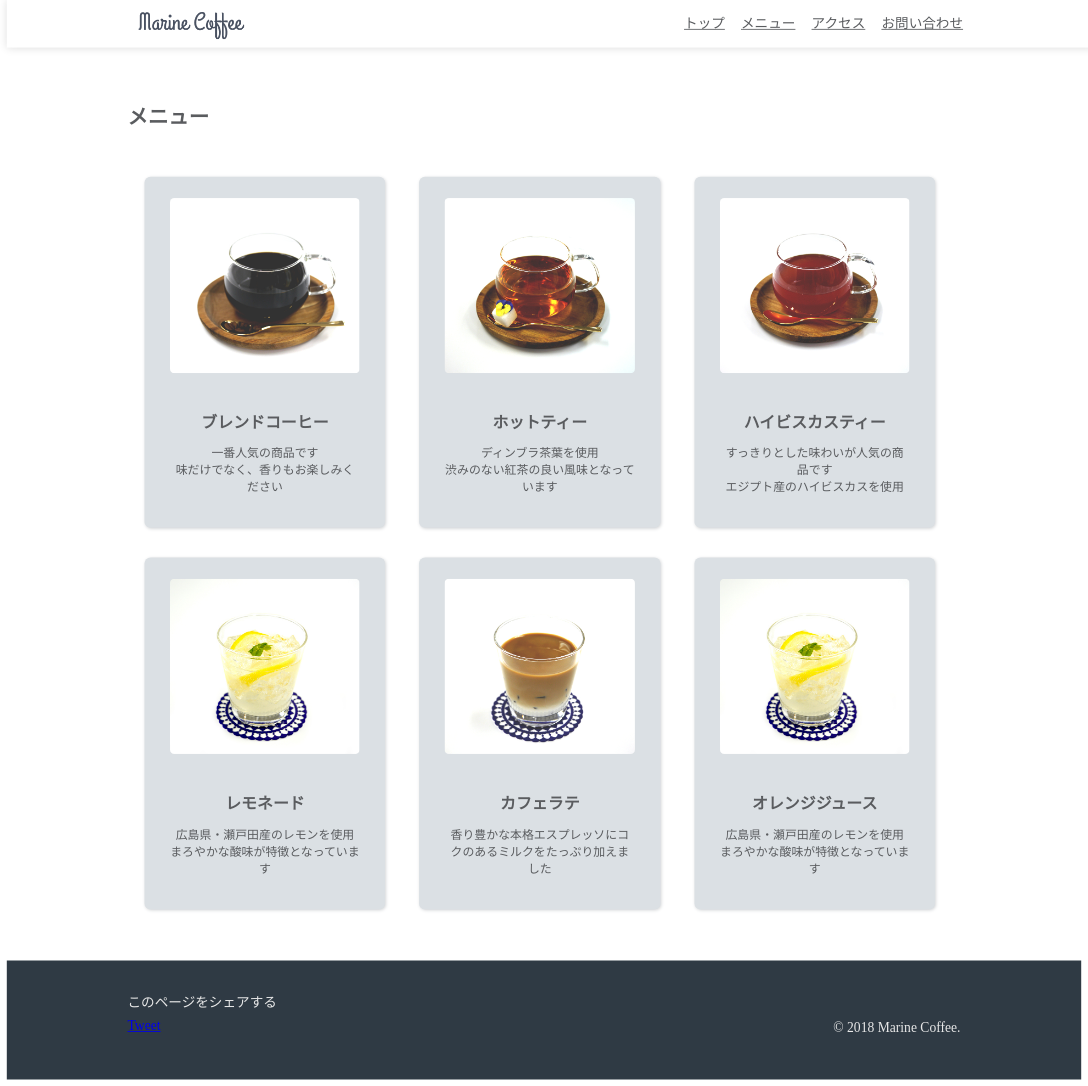
Repository: Kazuya888/samurai_HTML-CSS
Page: marine_coffee/menu.html
The author's editor kept a record of every edit. The page is drawn from the files as they stood at one moment, then again after the next edit.
The browser window is 1280 px wide. The pictures show the whole page, at 85% of full size.

Above is the page before.

### marine_coffee/menu.html
<!DOCTYPE html>
<html>
    <head>
        <meta charset="utf-8">
        <title>Marine Coffee</title>
        <link rel="stylesheet" href="common.css">
        <link rel="stylesheet" href="menu.css">
    </head>
    <body>
<!----------ヘッダー---------------->
          <div class="header">
             <div class="container">
         <div class="header-left">
          <img class="header-logo" src="images/logo.png"
    alt="Marine Coffee"> </div>
 <div class="header-right">
    <a href="index1.html">トップ</a>
    <a href="menu.html">メニュー</a>
    <a href="access.html">アクセス</a>
    <a href="contact.html">お問い合わせ</a>
       </div>
         </div>
 <div class="clear"></div>
     </div>
</div>
<!------------メニュー------------------>
<div class="menu">
    <div class='container'>
        <h2>メニュー</h2>
        <div class="menu-card-wrapper">
 <!----------ブレンドコーヒー----------->
            <div class="menu-card">
                <div class= "menu-card-inner">
                    <img class="menu-image" src="images/blend-coffee.jpg"
                    alt="ブレンドコーヒー">
                    <h3 class="menu-title">ブレンドコーヒー</h3>
                    <p class="menu-text">
                    一番人気の商品です
                    <br>
                    味だけでなく、香りもお楽しみください
                    </p>
                </div>
            </div>
<!----------ホットティー------------>
             <div class="menu-card">
                <div class= "menu-card-inner">
                    <img class="menu-image" src="images/hot-tea.jpg"
                    alt="ホットティー">
                    <h3 class="menu-title">ホットティー</h3>
                    <p class="menu-text">
                   ディンブラ茶葉を使用
                    <br>
                    渋みのない紅茶の良い風味となっています
                    </p>
                </div>
            </div>
<!----------ハイビスカスティー------->
             <div class="menu-card">
                <div class= "menu-card-inner">
                    <img class="menu-image" src="images/hibiscus-tea.jpg"
                    alt="ハイビスカスティー">
                    <h3 class="menu-title">ハイビスカスティー</h3>
                    <p class="menu-text">
                    すっきりとした味わいが人気の商品です
                    <br>
                    エジプト産のハイビスカスを使用
                    </p>
                </div>
            </div>
<!----------レモネード--------------->
            <div class="menu-card">
                <div class= "menu-card-inner">
                    <img class="menu-image" src="images/lemonade.jpg"
                    alt="レモネード">
                    <h3 class="menu-title">レモネード</h3>
                    <p class="menu-text">
                    広島県・瀬戸田産のレモンを使用
                    <br>
                    まろやかな酸味が特徴となっています
                    </p>
                </div>
            </div>
<!----------カフェラテ-------------->
            <div class="menu-card">
                <div class= "menu-card-inner">
                    <img class="menu-image" src="images/caffelatte.jpg"
                    alt="カフェラテ">
                    <h3 class="menu-title">カフェラテ</h3>
                    <p class="menu-text">
                    香り豊かな本格エスプレッソにコクのあるミルクをたっぷり加えました
                    </p>
                </div>
            </div>
<!---------オレンジジュース--------->
             <div class="menu-card">
                <div class= "menu-card-inner">
                    <img class="menu-image" src="images/lemonade.jpg"
                    alt="オレンジジュース">
                    <h3 class="menu-title">オレンジジュース</h3>
                    <p class="menu-text">
                    広島県・瀬戸田産のレモンを使用
                    <br>
                    まろやかな酸味が特徴となっています
                    </p>
                </div>
            </div>
        </div>
    </div>
</div>

<!--------- フッター---------------->
 <div class="footer">
        <div class="container">
            <div class="footer-left">
                <p>このページをシェアする</p>
               <a href="https://twitter.com/share?ref_src=twsrc%5Etfw"
               class="twitter-share-button"
               data-text="Marine Coffee" data-show-count="false">Tweet</a><script async src="https://platform.twitter.com/widgets.js"
               charset="utf-8"></script>
            </div>
            <div class="footer-right">
                &copy; 2018 Marine Coffee.
            </div>
            <div class="clear"></div>
        </div>
    </div>
    </body>
</html>

### marine_coffee/common.css
@charset "utf-8";
.container {
    max-width: 980px;
    padding: 0 30px;
    margin-left: auto;
    margin-right: auto;
}
.header {
    height: 56px;
    width: 100%;
    box-shadow: 0 0 10px #dddddd;
    background-color: white;
    position: fixed;
    top: 0 ;
}
.header-left{
    float: left;
}
.header-right{
    float: right;
}
.clear{
    clear: both;
}
.header-logo{
    height: 40px;
    margin-top: 8px;
}
.header-right a{
    line-height: 56px;
    color: #5a5c5f;
    margin-left: 5px;
    font-size: 16px;
    padding:16px 5px;
}
.header-right a:hover{
    background-color: #e2f1ff;
    transition: background-color 0.5s;
}
.footer{
    height: 120px;
    background-color: #2f3a44;
    color: #e8e8e8;
    padding-top:20px;
}
.footer-left{
    float: left;
}
.footer-right{
    float: right;
    padding-top: 50px;
}
.footer-left p{
    margin-bottom:8px;
}

### marine_coffee/menu.css
@charset "utf-8";
.menu{
    padding: 90px 0 60px;
    color: #5a5c5f;
}
.menu-card{
    width: 33%;
    margin-top: 35px;
}
.menu-card-inner{
    padding:25px 30px;
    background-color: #dbe0e4;
    border-radius: 7px;
    box-shadow: 1px 1px 4px #d2d4d6;
    text-align: center;
    margin: 0 20px;
}
.menu-image{
    width: 100%;
    margin-bottom: 20px;
    border-radius: 5px;
}
.menu-title{
    margin-bottom:8px;
}
.menu-text{
    font-size:14px;
}
.menu-card-wrapper{
    display: flex;
    flex-wrap: wrap;
}

After the next edit:
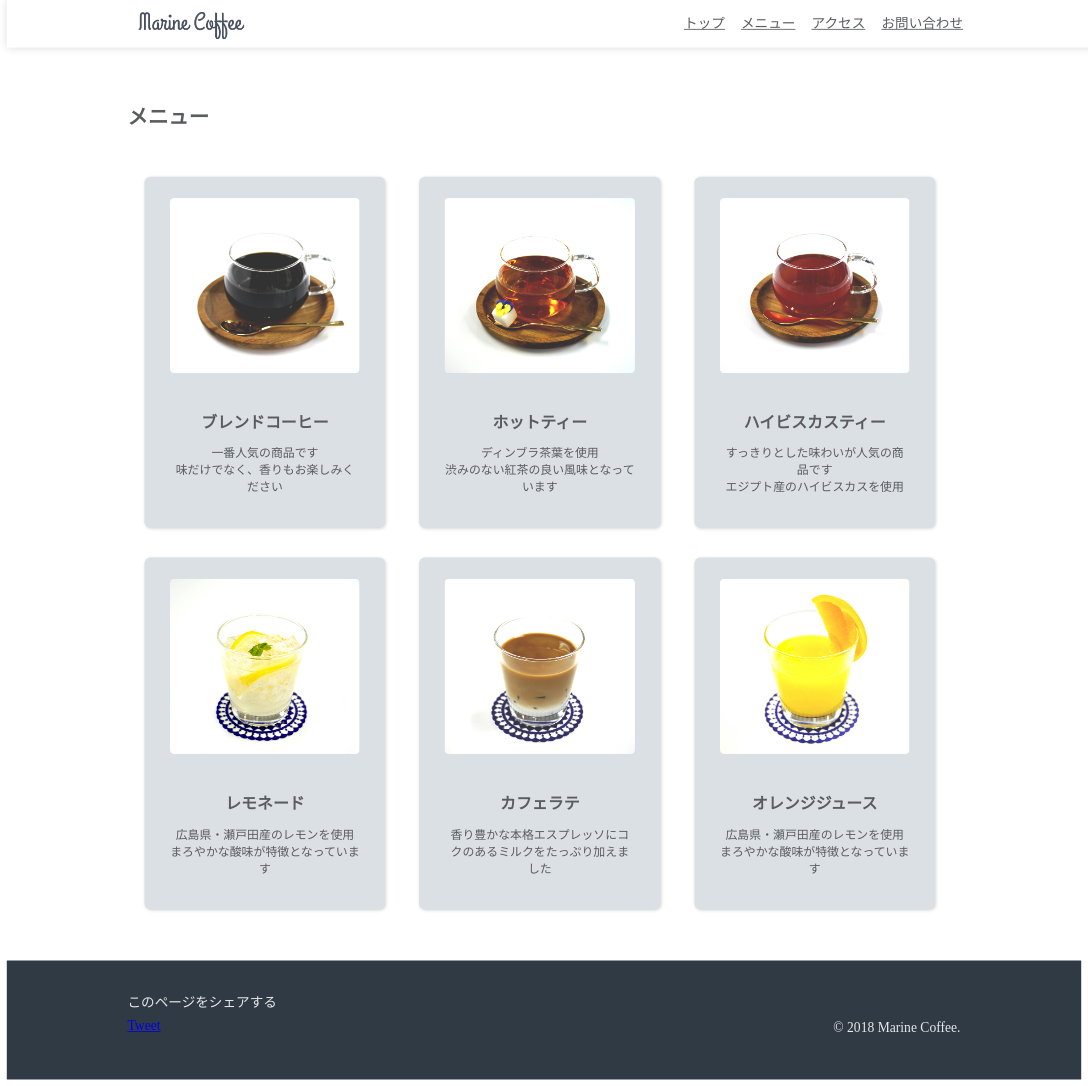
The edit:
--- a/marine_coffee/menu.html
+++ b/marine_coffee/menu.html
@@ -94,7 +94,7 @@
 <!---------オレンジジュース--------->
              <div class="menu-card">
                 <div class= "menu-card-inner">
-                    <img class="menu-image" src="images/lemonade.jpg"
+                    <img class="menu-image" src="images/orange-juice.jpg"
                     alt="オレンジジュース">
                     <h3 class="menu-title">オレンジジュース</h3>
                     <p class="menu-text">
